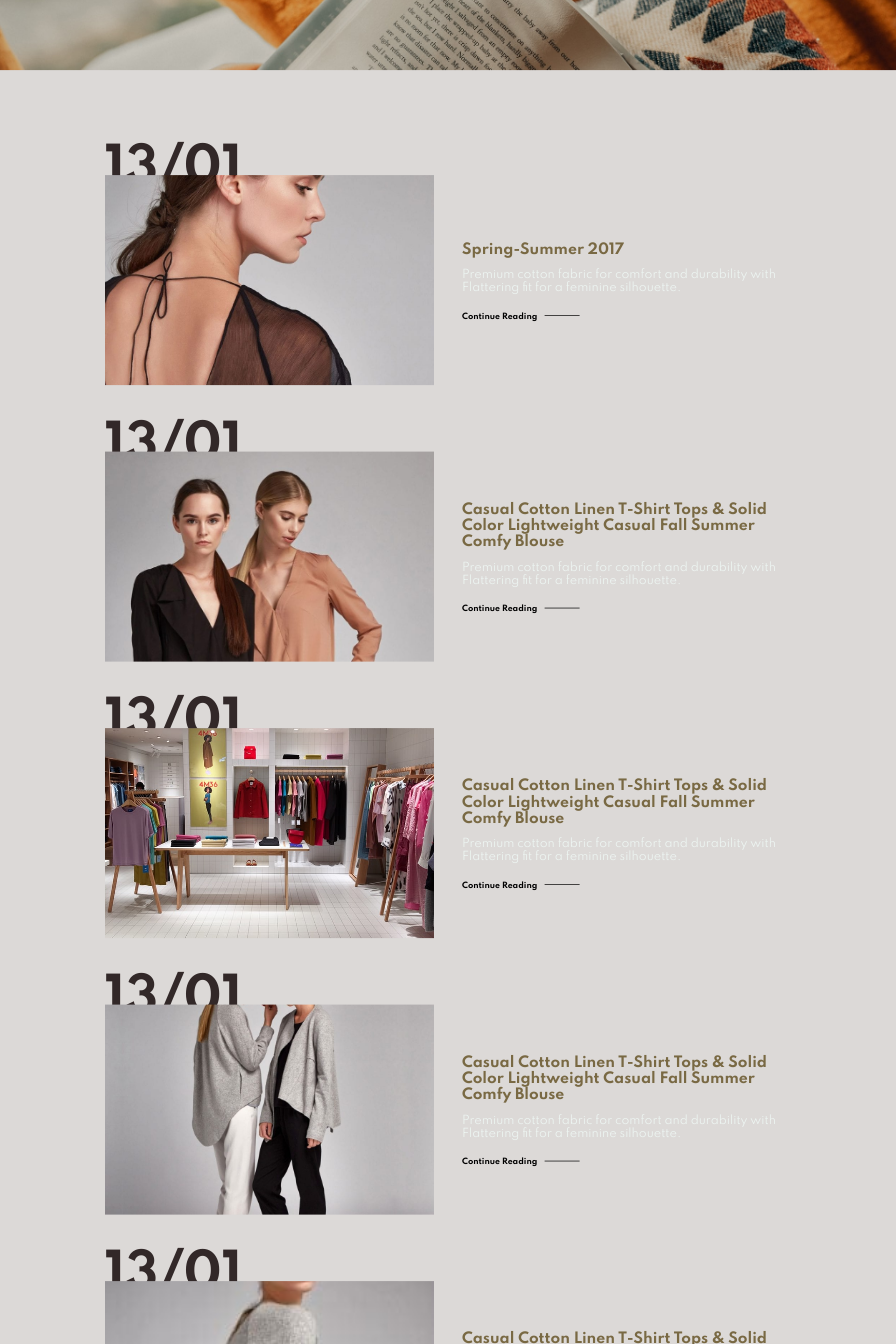
Repository: JhananiNallasamy/ECommerce-website-deployment
Page: blog.html
An editor plug-in stored every save of this project. The page is shown before and after a run of saves, followed by the edit.
The browser window is 1280 px wide. The pictures show the part of the page from y = 333 to 2253 px (the page is 3598 px tall before and 3617 px after), at 70% of full size.
Some web libraries are served in a nearby version.

Above is the page before, as saved 2024-05-05 10:40:20.

After the next 2 saves:
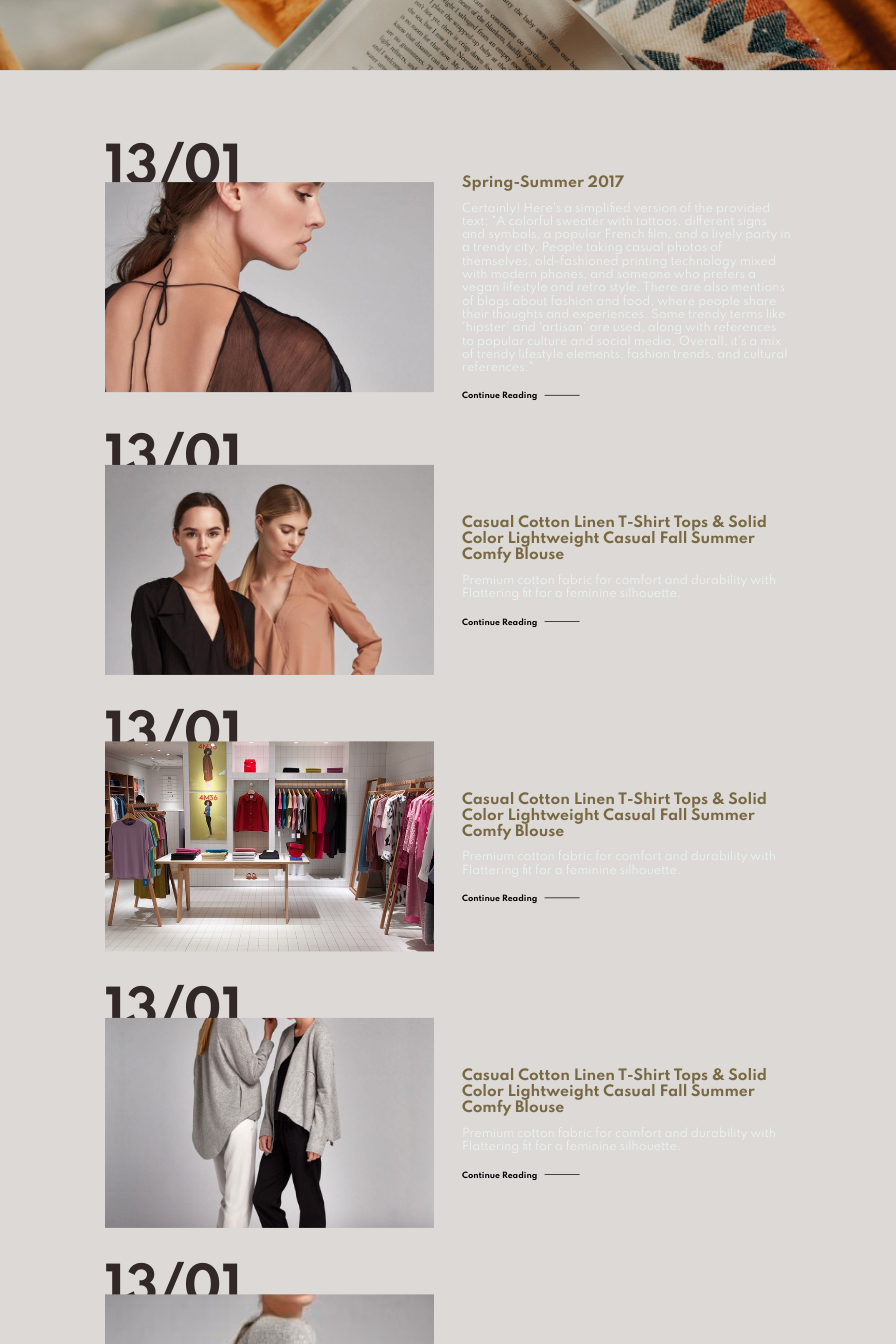
The 2 saves are shown as one change because they came seconds apart.
The last was saved 3 min 20 s later.
--- a/blog.html
+++ b/blog.html
@@ -44,7 +44,13 @@
             </div>
             <div class="blog-details">
             <h4 style="color: #503a06b4;"> Spring-Summer 2017 </h4>
-            <p>Premium cotton fabric for comfort and durability with Flattering fit for a feminine silhouette.</p>
+            <p>Certainly! Here's a simplified version of the provided text:
+
+                "A colorful sweater with tattoos, different signs and symbols, a popular French film, and a lively party in a trendy city. People taking casual photos of themselves, old-fashioned printing technology mixed with modern phones, and someone who prefers a vegan lifestyle and retro style.
+
+                There are also mentions of blogs about fashion and food, where people share their thoughts and experiences. Some trendy terms like 'hipster' and 'artisan' are used, along with references to popular culture and social media.
+
+                Overall, it's a mix of trendy lifestyle elements, fashion trends, and cultural references."</p>
             <a href="#"> Continue Reading </a>
             </div>
             <h1>13/01</h1>
